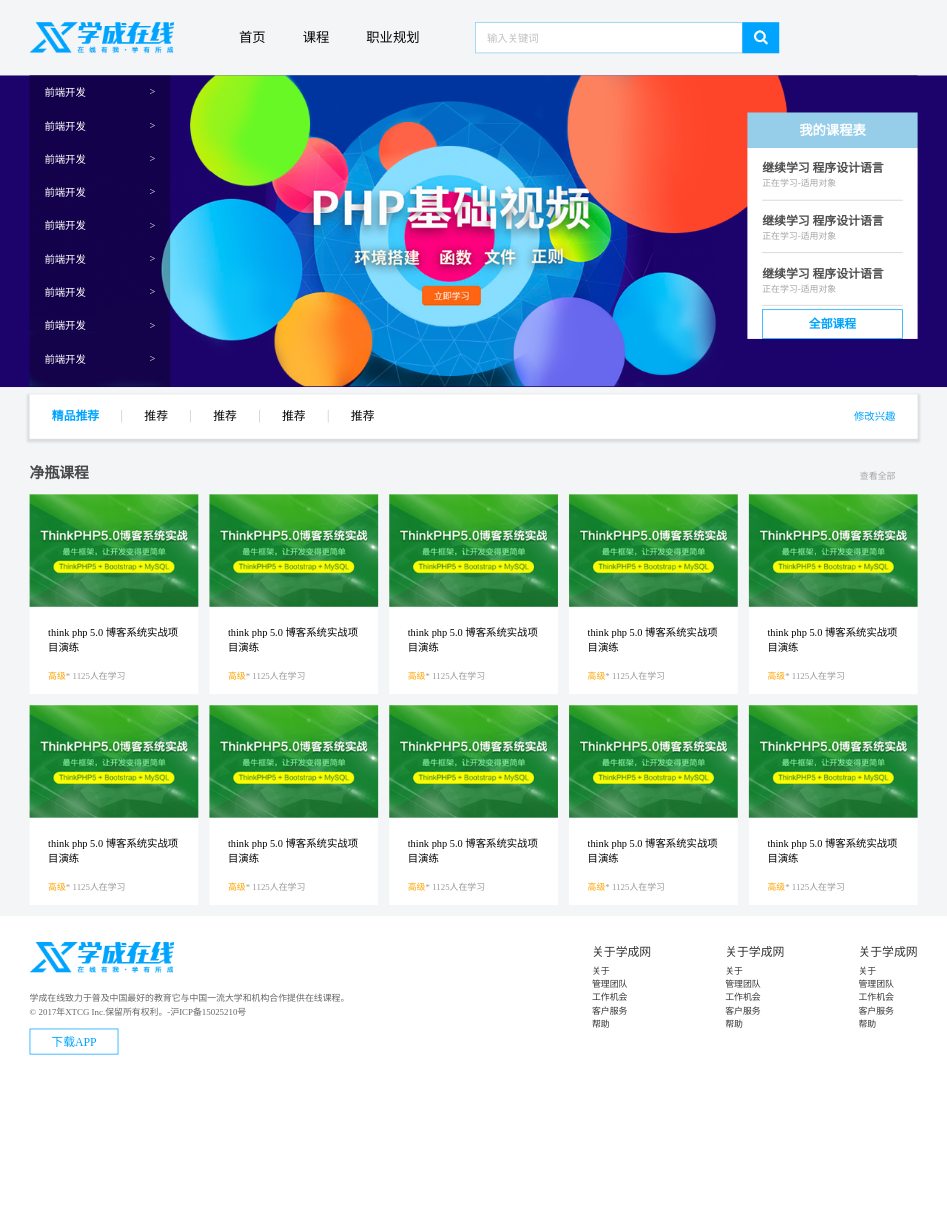
Repository: R1Deemo/Web-Project
Page: index..html
The author's editor kept a copy of each file at every save. The page is drawn from the files as they stood at one save, then again after the next save.
The browser window is 1280 px wide. The pictures show the whole page, at 74% of full size.

Above is the page before, as saved 2022-03-09 20:09:45.

### index..html
<!DOCTYPE html>
<html lang="en">

<head>
    <meta charset="UTF-8">
    <meta http-equiv="X-UA-Compatible" content="IE=edge">
    <meta name="viewport" content="width=device-width, initial-scale=1.0">
    <title>测试页面</title>
    <link rel="stylesheet" href="style.css">
</head>

<body>
    <!--头部模块 -->
    <div class="header w">
        <div class="logo">
            <img src="images/学成在线.png" alt="">
        </div>
        <!-- 实际开发中要用li+a的做法做导航栏 -->
        <div class="nav">
            <ul>
                <li>
                    <a href="#">首页</a>
                </li>
                <li>
                    <a href="#">课程</a>
                </li>
                <li>
                    <a href="#">职业规划</a>
                </li>

            </ul>
        </div>
        <!-- 搜索模块 -->
        <div class="search">
            <input type="text" value="输入关键词">
            <button></button>

        </div>

    </div>
    <!-- 头部区域结束 -->
    <!-- banner部分开始 -->
    <div class="banner">
        <div class="w">
            <div class="subnav">
                <ul>
                    <li><a href="#">前端开发<span>&gt</span></a></li>
                    <li><a href="#">前端开发<span>&gt</span></a></li>
                    <li><a href="#">前端开发<span>&gt</span></a></li>
                    <li><a href="#">前端开发<span>&gt</span></a></li>
                    <li><a href="#">前端开发<span>&gt</span></a></li>
                    <li><a href="#">前端开发<span>&gt</span></a></li>
                    <li><a href="#">前端开发<span>&gt</span></a></li>
                    <li><a href="#">前端开发<span>&gt</span></a></li>
                    <li><a href="#">前端开发<span>&gt</span></a></li>

                </ul>

            </div>
            <div class="course">
                <h2>我的课程表</h2>
                <div class="bd">
                    <ul>
                        <li>
                            <h4>继续学习 程序设计语言</h4>
                            <p>正在学习-适用对象</p>
                        </li>
                        <li>
                            <h4>继续学习 程序设计语言</h4>
                            <p>正在学习-适用对象</p>
                        </li>
                        <li>
                            <h4>继续学习 程序设计语言</h4>
                            <p>正在学习-适用对象</p>
                        </li>
                    </ul>
                    <a href="#" class="more">全部课程</a>
                </div>

            </div>
        </div>

    </div>
    <!-- banner区域结束 -->
    <!-- 精品推荐模块开始 -->
    <div class="goods w">
        <h3>精品推荐</h3>
        <ul>
            <li><a href="#">推荐</a></li>
            <li><a href="#">推荐</a></li>
            <li><a href="#">推荐</a></li>
            <li><a href="#">推荐</a></li>

        </ul>
        <a href="#" class="mod">修改兴趣</a>
    </div>
    <div class="box w">
        <div class="box-hd">
            <h3>净瓶课程</h3>
            <a href="#">查看全部</a>
        </div>
        <div class="box-bd">
            <ul class="clearfix">
                <li><img src="images/pic.png" alt="">
                    <h4>think php 5.0 博客系统实战项目演练</h4>
                    <div class="info"><span>高级</span>* 1125人在学习</div>
                </li>
                <li><img src="images/pic.png" alt="">
                    <h4>think php 5.0 博客系统实战项目演练</h4>
                    <div class="info"><span>高级</span>* 1125人在学习</div>
                </li>
                <li><img src="images/pic.png" alt="">
                    <h4>think php 5.0 博客系统实战项目演练</h4>
                    <div class="info"><span>高级</span>* 1125人在学习</div>
                </li>
                <li><img src="images/pic.png" alt="">
                    <h4>think php 5.0 博客系统实战项目演练</h4>
                    <div class="info"><span>高级</span>* 1125人在学习</div>
                </li>
                <li><img src="images/pic.png" alt="">
                    <h4>think php 5.0 博客系统实战项目演练</h4>
                    <div class="info"><span>高级</span>* 1125人在学习</div>
                </li>
                <li><img src="images/pic.png" alt="">
                    <h4>think php 5.0 博客系统实战项目演练</h4>
                    <div class="info"><span>高级</span>* 1125人在学习</div>
                </li>
                <li><img src="images/pic.png" alt="">
                    <h4>think php 5.0 博客系统实战项目演练</h4>
                    <div class="info"><span>高级</span>* 1125人在学习</div>
                </li>
                <li><img src="images/pic.png" alt="">
                    <h4>think php 5.0 博客系统实战项目演练</h4>
                    <div class="info"><span>高级</span>* 1125人在学习</div>
                </li>
                <li><img src="images/pic.png" alt="">
                    <h4>think php 5.0 博客系统实战项目演练</h4>
                    <div class="info"><span>高级</span>* 1125人在学习</div>
                </li>
                <li><img src="images/pic.png" alt="">
                    <h4>think php 5.0 博客系统实战项目演练</h4>
                    <div class="info"><span>高级</span>* 1125人在学习</div>
                </li>



            </ul>
        </div>
    </div>
    <!-- footer模块 -->
    <div class="footer">
        <div class="w">
            <div class="copyright">
                <img src="images/学成在线.png" alt="">
                <p>学成在线致力于普及中国最好的教育它与中国一流大学和机构合作提供在线课程。<br> © 2017年XTCG Inc.保留所有权利。-沪ICP备15025210号</p>
                <a href="#" class="app">下载APP</a>
            </div>
            <div class="links">
                <dl>
                    <dt>关于学成网</dt>
                    <dd><a href="#">关于</a></dd>
                    <dd><a href="#">管理团队</a></dd>
                    <dd><a href="#">工作机会</a></dd>
                    <dd><a href="#">客户服务</a></dd>
                    <dd><a href="#">帮助</a></dd>
                </dl>
                <dl>
                    <dt>关于学成网</dt>
                    <dd><a href="#">关于</a></dd>
                    <dd><a href="#">管理团队</a></dd>
                    <dd><a href="#">工作机会</a></dd>
                    <dd><a href="#">客户服务</a></dd>
                    <dd><a href="#">帮助</a></dd>
                </dl>
                <dl>
                    <dt>关于学成网</dt>
                    <dd><a href="#">关于</a></dd>
                    <dd><a href="#">管理团队</a></dd>
                    <dd><a href="#">工作机会</a></dd>
                    <dd><a href="#">客户服务</a></dd>
                    <dd><a href="#">帮助</a></dd>
                </dl>
            </div>
        </div>



</body>

</html>

### style.css
* {
    margin: 0;
    padding: 0;
}

.w {
    width: 1200px;
    margin: 0 auto;
}

.clearfix::before,
.clearfix::after {
    content: "";
    display: table;
}

.clearfix::after {
    clear: both;
}

.clearfix {
    *zoom: 1;
}

body {
    background-color: #f3f5f7;
}

li {
    list-style: none;
}

a {
    text-decoration: none;
}

.header {
    height: 42px;
    /* background-color: pink; */
    margin: 30px auto;
}

.logo {
    float: left;
    width: 198px;
    height: 42px;
}

.nav {
    float: left;
    margin-left: 60px;
}

.nav ul li {
    float: left;
    margin: 0 15px;
}

.nav ul li a {
    display: block;
    height: 42px;
    padding: 0 10px;
    line-height: 42px;
    font-size: 18px;
    color: #050505;
}

.nav ul li a:hover {
    border-bottom: 2px solid #00a4ff;
}

.search {
    float: left;
    width: 412px;
    height: 42px;
    margin-left: 50px;
}

.search input {
    float: left;
    width: 345px;
    height: 40px;
    border: 1px solid skyblue;
    border-right: 0;
    color: #bfbfbf;
    font-size: 14px;
    padding-left: 15px;
}

.search button {
    float: left;
    width: 50px;
    height: 42px;
    border: 0;
    background: url(images/btn.png);
}

.banner {
    background-color: #1c036c;
    height: 421px;
}

.banner .w {
    background: url(images/banner2.png) no-repeat top center;
    height: 421px;
}

.subnav {
    float: left;
    width: 190px;
    height: 421px;
    background-color: rgba(0, 0, 0, .3);
}

.subnav ul li {
    height: 45px;
    line-height: 45px;
    padding: 0 20px;
}

.subnav ul li a {
    font-size: 14px;
    color: #fff;
}

.subnav ul li a span {
    float: right;
}

.subnav ul li a:hover {
    color: #00a4ff;
}

.course {
    float: right;
    margin-top: 50px;
    width: 230px;
    height: 300px;
    /* background-color: #fff; */
}

.course h2 {
    height: 48px;
    background-color: #96ceea;
    font-size: 18px;
    line-height: 48px;
    text-align: center;
    color: #fff;
}

.bd {
    padding: 0 20px;
    background-color: white;
}

.bd ul li h4 {
    font-size: 16px;
    color: #4e4e4e;
}

.bd ul li p {
    font-size: 12px;
    color: #a5a5a5;
}

.bd ul li {
    border-bottom: 1px solid #ccc;
    padding: 14px 0;
}

.bd .more {
    display: block;
    margin-top: 5px;
    height: 38px;
    border: 1px solid #00a4ff;
    text-align: center;
    line-height: 38px;
    color: #00a4ff;
    font-size: 16px;
    font-weight: 700;
}

.goods {
    height: 60px;
    background-color: #fff;
    box-shadow: 0 2px 3px 3px rgba(0, 0, 0, .1);
    margin-top: 10px;
    line-height: 60px;
}

.goods h3 {
    float: left;
    margin-left: 30px;
    color: #00a4ff;
    font-size: 16px;
}

.goods ul {
    float: left;
    margin-left: 30px;
}

.goods ul li {
    float: left;
}

.goods ul li a {
    padding: 0 30px;
    font-size: 16px;
    color: #050505;
    border-left: 1px solid #ccc;
}

.mod {
    float: right;
    margin-right: 30px;
    font-size: 14px;
    color: #00a4ff;
}

.box {
    margin-top: 30px;
}

.box-hd {
    height: 45px;
}

.box-hd h3 {
    float: left;
    font-size: 20px;
    color: #494949;
}

.box-hd a {
    float: right;
    font-size: 12px;
    color: #a5a5a5;
    margin-top: 10px;
    margin-right: 30px;
}

.box-bd ul {
    width: 1225px;
}

.box-bd ul li {
    float: left;
    width: 228px;
    height: 270px;
    margin-right: 15px;
    margin-bottom: 15px;
    background-color: #fff;
}

.box-bd ul li img {
    width: 100%;
}

.box-bd ul li h4 {
    margin: 20px 20px 20px 25px;
    font-size: 14px;
    color: #050505;
    font-weight: 400;
}

.box-bd .info {
    margin: 0 20px 0 25px;
    font-size: 12px;
    color: #999;
}

.box-bd .info span {
    color: orange;
}

.footer {
    height: 415px;
    background-color: #fff;
}

.footer .w {
    padding-top: 35px;
}

.copyright {
    float: left;
}

.copyright p {
    font-size: 12px;
    color: #666;
    margin: 20px 0 15px 0;
}

.copyright .app {
    display: block;
    width: 118px;
    height: 33px;
    border: 1px solid #00a4ff;
    text-align: center;
    line-height: 33px;
    color: #00a4ff;
    font-size: 16px;
}

.links {
    float: right;
}

.links dl {
    float: left;
    margin-left: 100px;
}

.links dl dt {
    font-size: 16px;
    color: #333;
    margin-bottom: 5px;
}

.links dl dd a {
    color: #333;
    font-size: 12px;
}

After the next save:
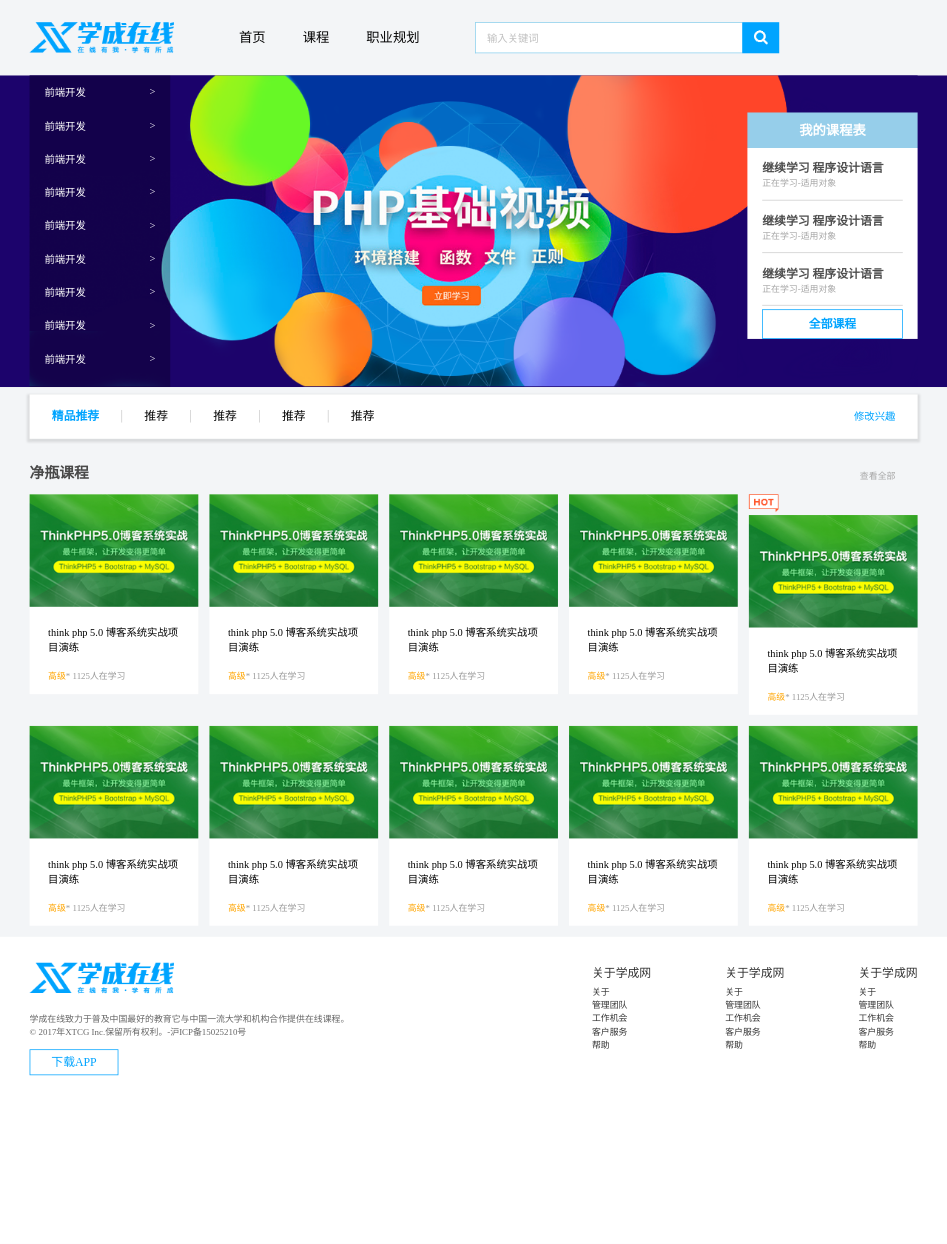
Saved 23 h 49 min later.
--- a/index..html
+++ b/index..html
@@ -101,6 +101,7 @@
         </div>
         <div class="box-bd">
             <ul class="clearfix">
+                <em><img src="images/hot.png" alt=""></em>
                 <li><img src="images/pic.png" alt="">
                     <h4>think php 5.0 博客系统实战项目演练</h4>
                     <div class="info"><span>高级</span>* 1125人在学习</div>
